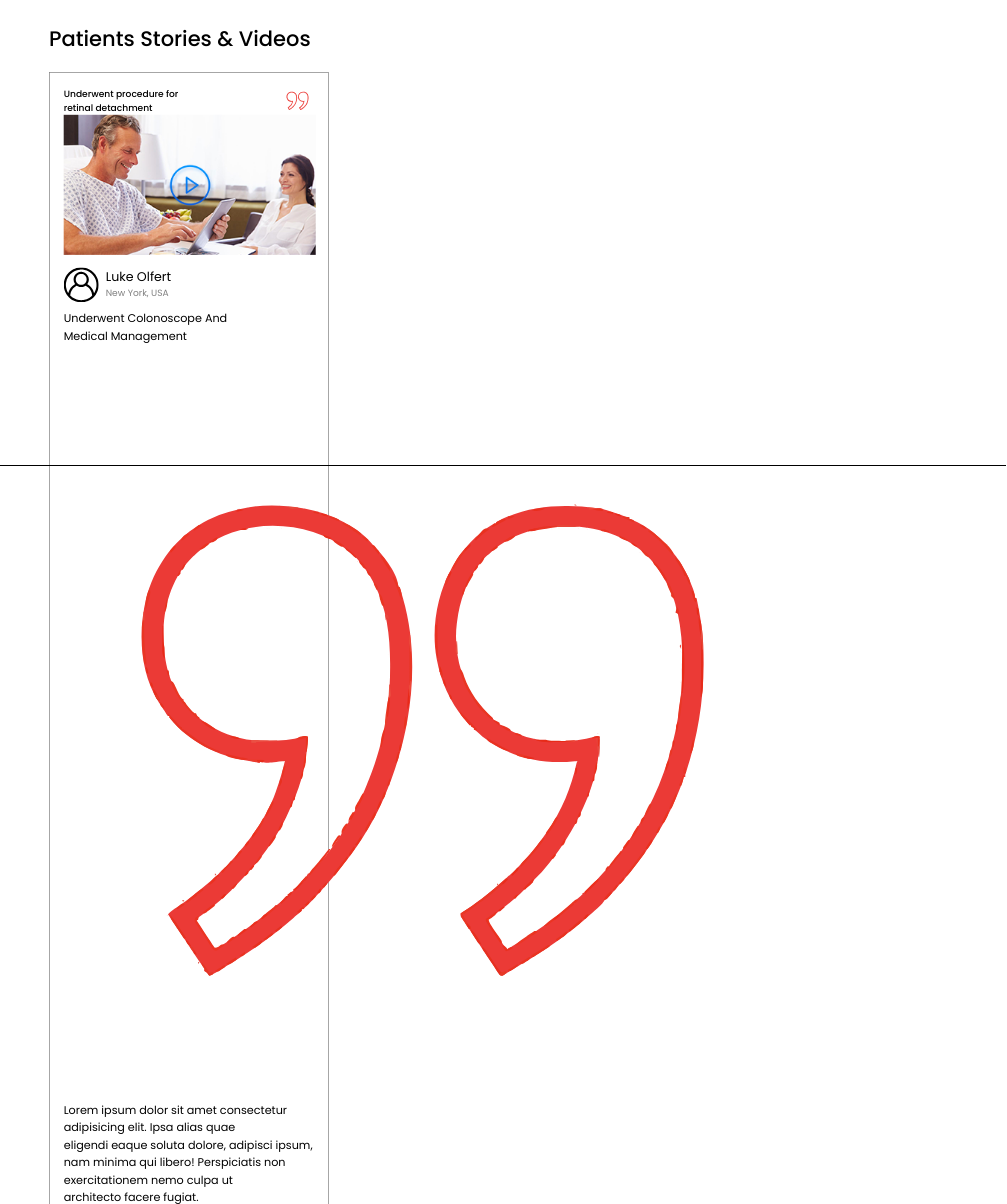
Repository: hetuk2005/webDevelopment
Page: Projects/Aafiya.html
An editor plug-in stored every save of this project. The page is shown before and after the next save, followed by the edit.
The browser window is 1280 px wide. The page is 1438 px wide, so the pictures cover 1438 px, including what lies to the right of the window. The pictures show the part of the page from y = 4780 to 6500 px (the page is 6766 px tall before and 6382 px after), at 70% of full size.
Some web fonts or font styles are not loaded; a fallback is used.

Above is the page before, as saved 2025-04-08 20:03:59.

### Projects/Aafiya.html
<!DOCTYPE html>
<html lang="en">

<head>
    <meta charset="UTF-8" />
    <meta name="viewport" content="width=device-width, initial-scale=1.0" />
    <title>Hetuk</title>
    <link rel="stylesheet" href="./CSS/Aafiya.css" />
</head>

<body>
    <nav>
        <div class="child1">
            <div class="images">
                <img src="./Images/Aafiya Logo.svg" alt="Aafiya Logo" class="img1" /><br />
                <img src="./Images/Logo 2.png" alt="Logo" class="img2" />
            </div>
            <div class="image_text">
                <div class="book_text">
                    <img src="./Images/Book.svg" alt="Book" class="img3" />
                    <div class="grid">
                        <br />
                        <p class="text">Second Medical Option</p>
                        <p class="text1">Book Consultation</p>
                    </div>
                </div>
                <div class="call_text">
                    <img src="./Images/Call.svg" alt="Call" class="img4" /><br />
                    <div class="grid">
                        <br />
                        <p class="text">Call Us On</p>
                        <p class="text1">985 896 2222</p>
                    </div>
                </div>
                <div class="mail_text">
                    <img src="./Images/Mail.png" alt="Mail" class="img5" />
                    <div class="grid">
                        <br />
                        <p class="text">Email Us On</p>
                        <p class="text1">info@mediretreats.com</p>
                    </div>
                </div>
                <div class="India">
                    <img src="./Images/India.svg" alt="India Flag" class="img6" />
                    <img src="./Images/Dropdown Arrow.svg" alt="Dropdown Arrow" class="img7" />
                </div>
            </div>
        </div>
        <div class="child2">
            <ul>
                <li>Home</li>
                <li>About Us</li>
                <li>Treatments +</li>
                <li>Destinations +</li>
                <li>Hospitals</li>
                <li>FAQs</li>
                <li>Blog</li>
                <li>Request A Quote</li>
            </ul>
            <input type="search" placeholder="🔍  Search" />
        </div>
    </nav>
    <div class="home_img">
        <div class="home_child">
            <p class="home_content">Home</p>
            <span> > </span>
            <p class="home_content">Treatments</p>
            <span> > </span>
            <p class="home_content">Orthopaedics</p>
            <span> > </span>
            <p class="home_content">Knee Replacement</p>
        </div>
        <br />
        <h3>Total Knee Replacement</h3>
        <p class="home_description">
            Total knee replacement is a surgery to remove and replace the whole<br /> damaged knee joint with an artificial joint.
        </p>
        <br />
        <button class="enquire_now">Enquire Now</button>
    </div>
    <div class="nav2">
        <ul>
            <li class="list">Overview</li>
            <li>Eligibility</li>
            <li>Preparation</li>
            <li>About Treatment</li>
            <li>Post-Treatment Care</li>
            <li>Recovery Tips</li>
            <li>FAQs</li>
            <li>Patients Stories</li>
        </ul>
    </div>
    <div class="treatment_overview">
        <div class="treatment_text">
            <h3>Treatment Overview</h3>
            <br />
            <p>
                Lorem ipsum dolor sit amet consectetur adipisicing elit.<br /> Earum, culpa vel debitis incidunt non quis.
            </p>
            <p>
                Lorem ipsum dolor sit amet consectetur adipisicing elit.<br /> aliquam repudiandae, corporis consectetur dolorem eum.<br /> facilis quasi, praesentium inventore expedita quo hic.
            </p>
            <p>
                Lorem ipsum dolor sit amet culpa vel debitis<br /> consectetur, adipisicing elit. Adipisci, nemo.
            </p>
            <br /><br />
        </div>
        <div class="treatment_img">
            <img src="./Images/treatment_overview (1).jpg" alt="Image" />
        </div>
    </div>
    <div class="eligibility_for_treatment">
        <div class="eligibility_text">
            <h3>Eligibility For Treatment</h3>
            <br />
            <p>
                Any individual who has tried diet and exercise but failed to lose weight is considered as a good candidate for<br /> gastric bypass. Although gastric bypass aids in weight loss, it is not an appropriate option for everyone.<br /> Based
                on the overall health and certain medical guidelines, the doctor will decide whether you are eligible<br /> for gastric bypass or not.
            </p>
            <br />
            <p>In general, gastric bypass could be a good option if:</p>
            <br />
            <ul>
                <li>The BMI (body mass index) is 40 or more.</li>
                <li>
                    Your BMI is 30 or more with severe weight-related health conditions like type-2 diabetes and high<br /> blood pressure.
                </li>
                <li>You are willing to make permanent changes in the lifestyle.</li>
            </ul>
        </div>
        <br /><br /><br />
        <div class="eligibility_form">
            <h3>Need Help?</h3>
            <br />
            <p>
                Just let us know. We will be happy to<br /> assist you.
            </p>
            <br /><br />
            <form>
                <input type="text" placeholder="Full Name" /><br /><br />
                <input type="email" placeholder="Email" /><br /><br />
                <input type="tel" placeholder="Phone Number" /><br /><br />
                <input type="textarea" placeholder="Describe Your Treatment Requirement" class="textarea" /><br /><br />
                <button class="Enquiry">Send Enquiry</button>
            </form>
        </div>
    </div>
    <div class="preparation_of_treatment">
        <h3>Preparation Of Treatment</h3>
        <br />
        <p>
            Any individual who has tried diet and exercise but failed to lose weight is considered as a good candidate for<br /> gastric bypass. Although gastric bypass aids in weight loss, it is not an appropriate option for everyone.<br /> Based on
            the overall health and certain medical guidelines, the doctor will decide whether you are eligible<br /> for gastric bypass or not.
        </p>
        <br />
        <p>In general, gastric bypass could be a good option if:</p>
        <br />
        <ul>
            <li>The BMI (body mass index) is 40 or more.</li>
            <li>
                Your BMI is 30 or more with severe weight-related health conditions like type-2 diabetes and high<br /> blood pressure.
            </li>
            <li>You are willing to make permanent changes in the lifestyle.</li>
        </ul>
    </div>
    <div class="about_treatment">
        <h3>About Treatment</h3>
        <br />
        <p>
            Any individual who has tried diet and exercise but failed to lose weight is considered as a good candidate for<br /> gastric bypass. Although gastric bypass aids in weight loss, it is not an appropriate option for everyone.<br /> Based on
            the overall health and certain medical guidelines, the doctor will decide whether you are eligible<br /> for gastric bypass or not.
        </p>
        <br />
        <p>In general, gastric bypass could be a good option if:</p>
        <br />
        <ul>
            <li>The BMI (body mass index) is 40 or more.</li>
            <li>
                Your BMI is 30 or more with severe weight-related health conditions like type-2 diabetes and high<br /> blood pressure.
            </li>
            <li>You are willing to make permanent changes in the lifestyle.</li>
        </ul>
    </div>
    <div class="post_treatment">
        <h3>Post-Treatment Care Treatment</h3>
        <br />
        <p>
            Any individual who has tried diet and exercise but failed to lose weight is considered as a good candidate for<br /> gastric bypass. Although gastric bypass aids in weight loss, it is not an appropriate option for everyone.<br /> Based on
            the overall health and certain medical guidelines, the doctor will decide whether you are eligible<br /> for gastric bypass or not.
        </p>
        <br />
        <p>In general, gastric bypass could be a good option if:</p>
        <br />
        <ul>
            <li>The BMI (body mass index) is 40 or more.</li>
            <li>
                Your BMI is 30 or more with severe weight-related health conditions like type-2 diabetes and high<br /> blood pressure.
            </li>
            <li>You are willing to make permanent changes in the lifestyle.</li>
        </ul>
    </div>
    <div class="treatment_recovery">
        <h3>Post-Treatment Care Treatment</h3>
        <br />
        <p>
            Any individual who has tried diet and exercise but failed to lose weight is considered as a good candidate for<br /> gastric bypass. Although gastric bypass aids in weight loss, it is not an appropriate option for everyone.<br /> Based on
            the overall health and certain medical guidelines, the doctor will decide whether you are eligible<br /> for gastric bypass or not.
        </p>
        <br />
        <p>In general, gastric bypass could be a good option if:</p>
        <br />
        <ul>
            <li>The BMI (body mass index) is 40 or more.</li>
            <li>
                Your BMI is 30 or more with severe weight-related health conditions like type-2 diabetes and high<br /> blood pressure.
            </li>
            <li>You are willing to make permanent changes in the lifestyle.</li>
        </ul>
    </div>
    <div class="treatment_faqs">
        <h3>Treatment FAQs</h3>
        <br />
        <p>How do I know the clinic I am searching is verified?</p>
        <br />
        <p>
            I can't travel alone so can some family member or friend of mine accompany me?
        </p>
        <br />
        <p class="answered">
            Can I see my doctor before I decide and what about my post recovery?
        </p>
        <br />
        <p class="answer">
            <span class="left">
          Yes, pre and post treatment consultation can be done. You can speak to
          the doctor at the most<br />
          appropriate time (before you decide to travel) to boost your
          confidence. The team at<br />
          Mediretreats will also help you with arranging the OPD'S after the
          surgeries.
        </span>
        </p>
        <br />
        <a class="bottom">
        How do I share my reports and medical cases with the clinic of my
        choice?
      </a>
        <br />
    </div>
    <div class="patient_stories">
        <h3>Patients Stories & Videos</h3>
        <br />
        <div class="stories_img">
            <div class="text1">
                <p class="stories_text">
                    Underwent procedure for<br /> retinal detachment
                </p>
                <br /><br />
                <img src="./Images/Quotes.svg" alt="Quotes" class="quotes" />
            </div>
            <img src="./Images/Patient_Stories.png" alt="Image Of Patient" />
            <br />
            <div class="profile1">
                <img src="./Images/Profile.svg" alt="Luke Olfert" />
                <div class="flex">
                    <h5>Luke Olfert</h5>
                    <p>New York, USA</p>
                </div>
            </div>
            <div class="stories">
                <div class="text2">
                    <p class="stories_text2">
                        Underwent Colonoscope And<br> Medical Management
                    </p>
                    <br><br>
                    <img src="./Images/Quotes.svg" alt="Quotes" class="quotes" />
                </div>
                <p>Lorem ipsum dolor sit amet consectetur adipisicing elit. Ipsa alias quae<br> eligendi eaque soluta dolore, adipisci ipsum,<br> nam minima qui libero! Perspiciatis non<br> exercitationem nemo culpa ut<br> architecto facere fugiat.<br> Lorem
                    ipsum dolor sit amet consectetur adipisicing elit.<br> Soluta placeat consequuntur cumque quasi<br> recusandae earum aspernatur nobis enim non.</p>
                <br />
                <div class="profile1">
                    <img src="./Images/Profile.svg" alt="Luke Olfert" />
                    <div class="flex">
                        <h5>Luke Olfert</h5>
                        <p>Sydney,Australia</p>
                    </div>
                </div>
            </div>
        </div>
    </div>
</body>

</html>

Loaded but not shown: Projects/CSS/Aafiya.css (575 lines, source omitted)

After the next save:
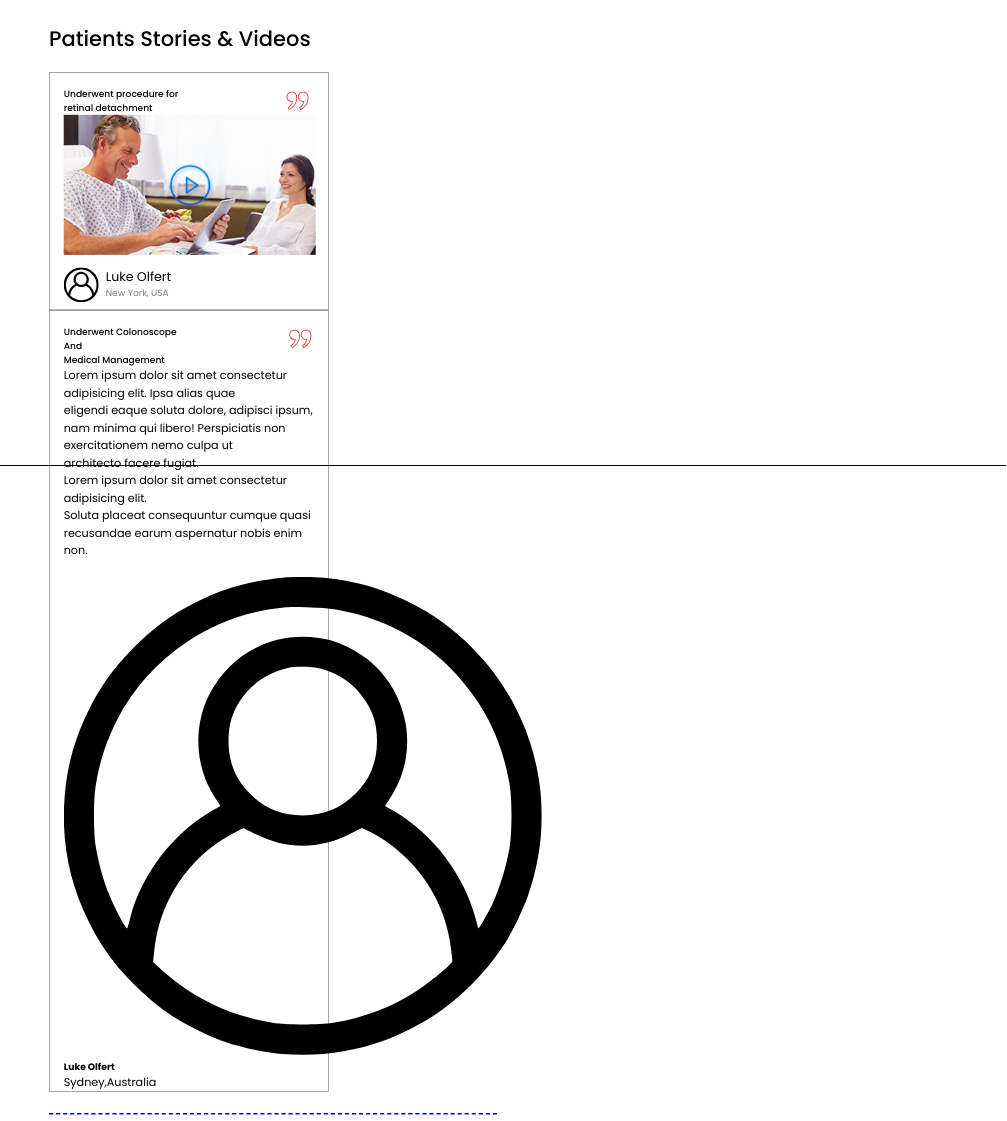
Saved 64 s later.
--- a/Projects/Aafiya.html
+++ b/Projects/Aafiya.html
@@ -267,23 +267,23 @@
                     <p>New York, USA</p>
                 </div>
             </div>
-            <div class="stories">
-                <div class="text2">
-                    <p class="stories_text2">
-                        Underwent Colonoscope And<br> Medical Management
-                    </p>
-                    <br><br>
-                    <img src="./Images/Quotes.svg" alt="Quotes" class="quotes" />
-                </div>
-                <p>Lorem ipsum dolor sit amet consectetur adipisicing elit. Ipsa alias quae<br> eligendi eaque soluta dolore, adipisci ipsum,<br> nam minima qui libero! Perspiciatis non<br> exercitationem nemo culpa ut<br> architecto facere fugiat.<br> Lorem
-                    ipsum dolor sit amet consectetur adipisicing elit.<br> Soluta placeat consequuntur cumque quasi<br> recusandae earum aspernatur nobis enim non.</p>
-                <br />
-                <div class="profile1">
-                    <img src="./Images/Profile.svg" alt="Luke Olfert" />
-                    <div class="flex">
-                        <h5>Luke Olfert</h5>
-                        <p>Sydney,Australia</p>
-                    </div>
+        </div>
+        <div class="S">
+            <div class="A">
+                <p class="ST">
+                    Underwent Colonoscope And<br> Medical Management
+                </p>
+                <br><br>
+                <img src="./Images/Quotes.svg" alt="Quotes" class="quotes" />
+            </div>
+            <p>Lorem ipsum dolor sit amet consectetur adipisicing elit. Ipsa alias quae<br> eligendi eaque soluta dolore, adipisci ipsum,<br> nam minima qui libero! Perspiciatis non<br> exercitationem nemo culpa ut<br> architecto facere fugiat.<br> Lorem
+                ipsum dolor sit amet consectetur adipisicing elit.<br> Soluta placeat consequuntur cumque quasi<br> recusandae earum aspernatur nobis enim non.</p>
+            <br />
+            <div class="P">
+                <img src="./Images/Profile.svg" alt="Luke Olfert" />
+                <div class="F">
+                    <h5>Luke Olfert</h5>
+                    <p>Sydney,Australia</p>
                 </div>
             </div>
         </div>
